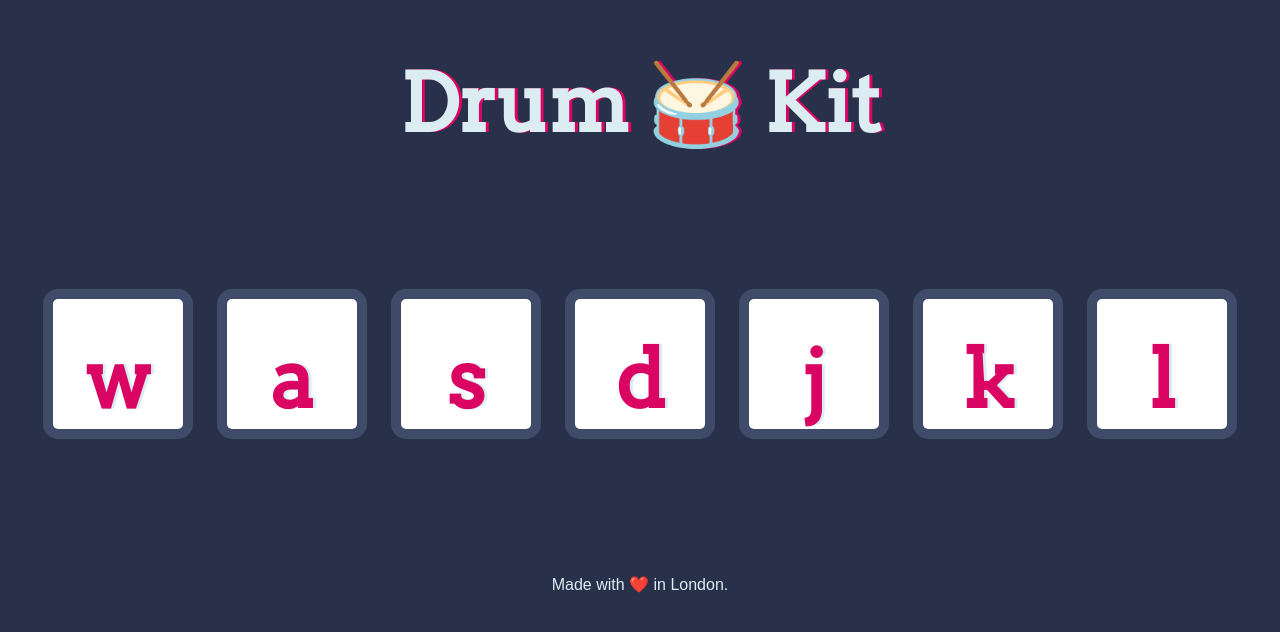
Repository: finchwebtech/DrumKit
Page: index.html
The author's editor kept a copy of each file at every save. The page is drawn from the files as they stood at one save, then again after the next save.
The browser window is 1280 px wide. The pictures show the whole page.

Above is the page before, as saved 2020-09-01 11:12:52.
Not found: DrumKitStartingFiles/index.js

After the next save:
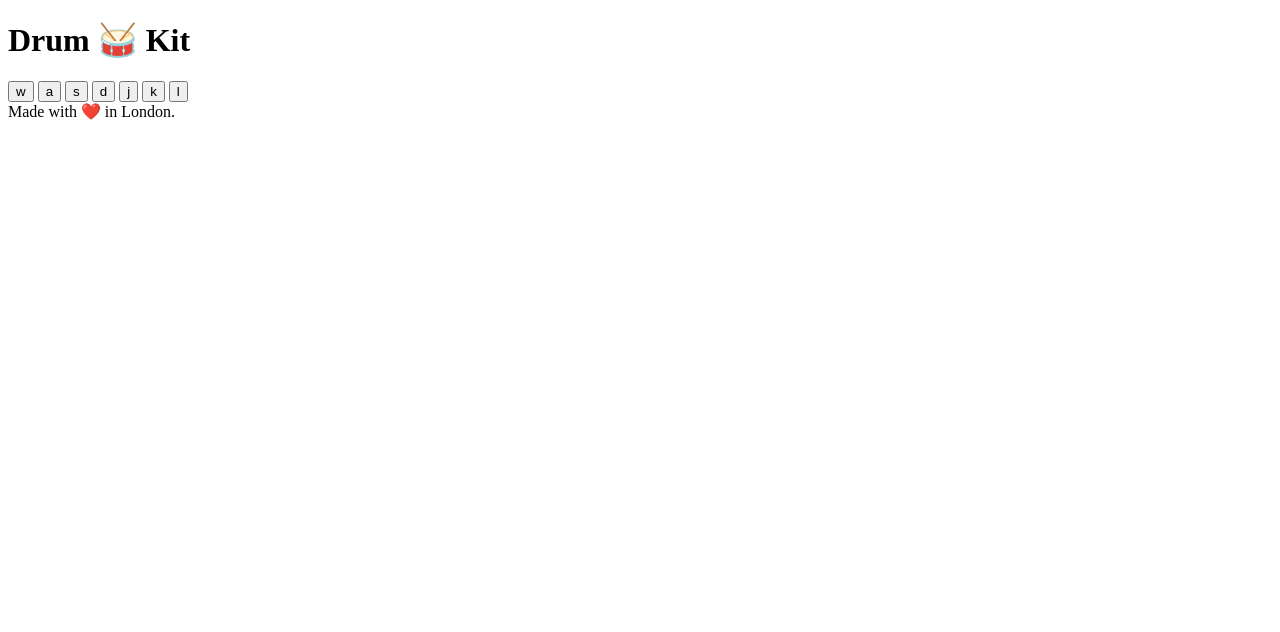
Not found: DrumKitStartingFiles/styles.css
Saved 94 s later.
--- a/index.html
+++ b/index.html
@@ -4,7 +4,7 @@
 <head>
   <meta charset="utf-8">
   <title>Drum Kit</title>
-  <link rel="stylesheet" href="styles.css">
+  <link rel="stylesheet" href="/DrumKitStartingFiles/styles.css">
   <link href="https://fonts.googleapis.com/css?family=Arvo" rel="stylesheet">
 </head>
 
